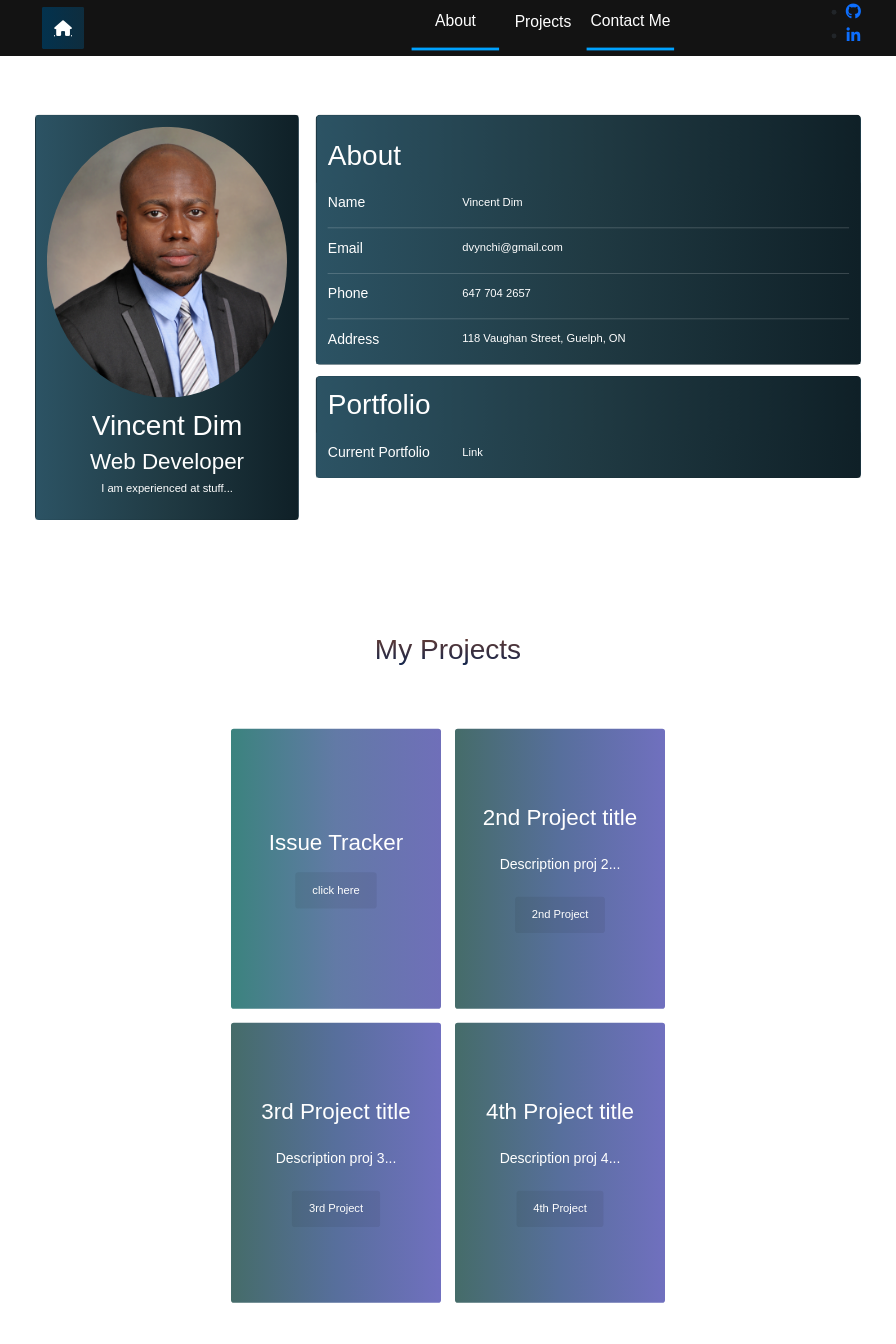
Repository: dvynchi/profile-2022
Page: index.html
The author's editor kept a copy of each file at every save. The page is drawn from the files as they stood at one save, then again after the next save.
The browser window is 1280 px wide. The pictures show the part of the page from y = 0 to 1920 px (the page is 2663 px tall), at 70% of full size.
Some web libraries are served in a nearby version.

Above is the page before, as saved 2022-08-23 12:57:10.

### index.html
<!DOCTYPE html>
<html lang="en">
<head>
    <meta charset="UTF-8">
    <meta http-equiv="X-UA-Compatible" content="IE=edge">
    <meta name="viewport" content="width=device-width, initial-scale=1.0">
    <title>Vincent Dim</title>
    <!-- embed remote icon library -->
    <script src="https://kit.fontawesome.com/f634dfbd28.js" crossorigin="anonymous"></script>
    <link rel="stylesheet" href="styles.css">
    <!-- embed remote style sheet - bootstrap -->
    <link rel="stylesheet" href="https://cdn.jsdelivr.net/npm/bootstrap@5.2.0/dist/css/bootstrap.min.css" rel="stylesheet" integrity="sha384-gH2yIJqKdNHPEq0n4Mqa/HGKIhSkIHeL5AyhkYV8i59U5AR6csBvApHHNl/vI1Bx" crossorigin="anonymous">
</head>

<body>

    <!-- Navbar Section -->

    <nav class="nav">
        <div class="navbar_container">
            <a href="#about" id="navbar_logo"><i class="fa fa-home fa" aria-hidden="true"></i></a>  <!--<a> is used to create hyperlink named color-->

                <!--create hamburger menu (3 bars)-->
            <div class="navbar_toggle" id="mobile-menu">
                <span class="bar"></span>
                <span class="bar"></span>
                <span class="bar"></span>
            </div>

            <!--CREATE NAV MENU-->
            <ul class="navbar_menu">
                <li class="navbar_item">
                    <a href="#about" class="navbar_links" id="about-page">About</a>
                </li>
                <li class="navbar_item">
                    <a href="#projects" class="navbar_links" id="projects-page">Projects</a>
                </li>
                <li class="navbar_item">
                    <a href="#contact" class="navbar_links" id="contact-page">Contact Me</a>
                </li>
            </ul>

            <!-- GitHub and Linkedin -->
            <ul class="icons">
                <li><a href="https://github.com/dvynchi/" class="github-icon"><span class="fa-brands fa-github"></span></a></li>
                <li><a href="https://www.linkedin.com/in/vincentdim/" class="linkedin-icon"><span class="fa-brands fa-linkedin-in"></span></a></li>
            </ul>
        </div>
    </nav>

    <!-- ABOUT and SIDEBAR -->
    <div class="main" id="about">
        <div class="main_container">
             <!-- SIDE BAR SECTION -->
             <div class="row">
                <div class="col-md-4 mt-1">
                    <div class="card text-center sidebar">
                        <div class="card-body">
                            <img src="./images/profile-pic-crop.png" class="rounded-circle" width="315" alt="profile picture">
                            <div class="mt-3">
                                <h3>Vincent Dim</h3>
                                <h2>Web Developer</h2>
                                <p>I am experienced at stuff...</p>
                            </div>
                        </div>
                    </div>
                </div>
                <!-- ABOUT SECTION -->
                <div class="col-md-8 mt-1">
                    <div class="card mb-3 content">
                        <h1 class="m-3 pt-3">About</h1>
                        <div class="card-body">
                            <div class="row">
                                <div class="col-md-3"><h5>Name</h5></div>
                                <div class="col-md-9"> Vincent Dim </div>
                            </div>
                            <hr> <!-- line break -->

                            <div class="row">
                                <div class="col-md-3"><h5>Email</h5></div>
                                <div class="col-md-9"> dvynchi@gmail.com</div>
                            </div>
                            <hr> <!-- line break -->

                            <div class="row">
                                <div class="col-md-3"><h5>Phone</h5></div>
                                <div class="col-md-9">647 704 2657</div>
                            </div>
                            <hr> <!-- line break -->

                            <div class="row">
                                <div class="col-md-3"><h5>Address</h5></div>
                                <div class="col-md-9">118 Vaughan Street, Guelph, ON</div>
                            </div>
                        </div>
                    </div>

                    <div class="card mb-3 content">
                        <h1 class="m-3">Portfolio</h1>
                        <div class="card-body">
                            <div class="row">
                                <div class="col-md-3">
                                    <h5>Current Portfolio</h5>
                                </div>
                                <div class="col-md-9">
                                    Link
                                </div>
                            </div>
                        </div>
                    </div>
                </div>
            </div>
        </div>
    </div>


    <!-- PROJECTS SECTION (use image tag in place of p to insert an image)-->

    <div class="projects" id="projects">
        <h1>My Projects</h1>
        <div class="projects_wrapper">

            <div class="projects_card">
                <h2>Issue Tracker</h2>
                <!-- <p>Description proj 1...</p> -->
                <div class="projects_btn"><button onclick="location.href='https://dvynchi.github.io/issue-tracker/'" type="button">click here</button></div>
            </div>
            <!-- ------------------------- -->
            <div class="projects_card">
                <h2>2nd Project title</h2>
                <p>Description proj 2...</p>
                <div class="projects_btn"><button>2nd Project</button></div>
            </div>
            <!-- ------------------------- -->
            <div class="projects_card">
                <h2>3rd Project title</h2>
                <p>Description proj 3...</p>
                <div class="projects_btn"><button>3rd Project</button></div>
            </div>
            <!-- ------------------------- -->
            <div class="projects_card">
                <h2>4th Project title</h2>
                <p>Description proj 4...</p>
                <div class="projects_btn"><button>4th Project</button></div>
            </div>
        </div>
    </div>

    <!-- CONTACT SECTION (use image tag in place of p to insert an image)-->

    <div class="main" id="contact">
        <div class="main_container">
            <div class="main_content">
                <div class="container mt-5">
                    <h1>Contact Me</h1>
                    <!-- ----------- start grid (divide one row into cols) ----------->
                    <!-- ----------- Max container width is 12 ----------->
                    <!-- ----------- cols 1 + 2 = 100% , cols 3 + 4 = 100% ------->
                    <!-- ----------- 'required' ensures field must be filled --------->
                    <form class="row g-3" action="https://formsubmit.co/dvynchi@gmail.com" method="POST">

                        <!-- Honeypot -->
                        <input type="text" name="_honey" style="display: none">
                        <!-- Success Page -->
                        <input type="hidden" name="_next" value="https://dvynchi.github.io/profile-2022/success.html">

                        <!-----------col1--medium column of 50% (ie: 6/12)--------->
                        <div class="col-md-6">
                            <label for="firstName" class="form-label">First Name</label>
                            <input type="text" class="form-control"  name="name" id="firstName" required>
                        </div>
                        <!---------------------col2 (ie: 6/12) ------------------------------>
                        <div class="col-md-6">
                            <label for="lastName" class="form-label">Last Name</label>
                            <input type="text" class="form-control" name="Last Name" id="lastName" required>
                        </div>
                        <!-- ---------------------- col3 wider (8/12) ----------------->
                        <div class="col-md-8">
                            <label for="emailInfo" class="form-label">Email</label>
                            <input type="email" class="form-control" name="email" id="emailInfo" required>
                        </div>
                        <!-- ---------------------- col4 wider (4/12) ----------------->
                        <div class="col-md-4">
                            <label for="phoneNumber" class="form-label">Phone</label>
                            <input type="text" class="form-control" name="phone" id="phoneNumber" placeholder="+1 (519) 123-4567">
                        </div>
                        <!-- -------- comments box is full width of the container ------>
                        <div class="col-md-12">
                            <label for="message" class="form-label">Message</label>
                            <textarea class="form-control" id="message" name="message" rows="3" required></textarea>
                        </div>
                        <!-- -------- Button ------>
                        <div class="col-md-12">
                            <!-- <button class="submit" id="btn btn-primary">Submit</button> -->
                            <!-- Had to use <a> so hover effect won't cover text. BUT THE FORM DOESN'T CLEAR-->
                            <button class="submit" id="btn btn-primary"><a> Submit</a></button>
                        </div>

                    </form>
                </div>
            </div>
        </div>
    </div>


    <!-- link app.js -->
    <!-- script tag is used to embed javascript-->
    <script src="app.js"></script>
</body>
</html>

### styles.css
* {
    box-sizing: border-box;
    margin: 0;
    padding: 0;
    font-family: 'Kumbh Sans', sans-serif;
    scroll-behavior: smooth;
}


/******************************************* NAV SECTION ***********************************************/
.nav {
    background: #131313;   /* Hex code */
    height: 80px;
    display: flex;
    justify-content: center;
    align-items: center;
    font-size: 1.4rem;        /* 1.4 * 16px */
    position: sticky;
    top: 0;
    z-index: 999;             /* so navbar is always on top when scrolling */
}

.navbar_container {
    display: flex;
    justify-content: space-between;
    text-align: center;
    height: 80px;
    z-index: 1;
    width: 100%;
    max-width: 1300px;
    margin: 0 auto ;           /* (top and bottom) (left and right) */
    padding: 0 50px;
}


/* id(#) is used to style only one element on the webpage */
/* class(.) is used to style multiple elements */


/* I added an icon as opposed to text */

#navbar_logo {
    margin: 10px;
    height: 60px;
    width: 60px;
    border-radius: 2px;
    display: flex;
    flex-direction: column;
    justify-content: center;
    color: #fff;
    background-image: linear-gradient(to right, #03324e 0%, #0e2d3e 100%);
}

.navbar_menu {
    display: flex;
    align-items: center;
    list-style: none;
}

.navbar_item {
    height: 80px;
}

.navbar_links {
    color: #fff;
    display: flex;
    align-items: center;
    justify-content: center;
    width: 125px;
    text-decoration: none;
    height: 100%;
    transition: all 0.3s ease;
}

/*Home icon properties*/
.navbar_btn {
    display: flex;
    justify-content: center;
    align-items: center;
    padding: 0 1rem;                         /* top bottom, left right */
    width: 100%;
}

/* nav links glow upon hover */
.navbar_links:hover {
    color:#1176b9;
    transition: all 0.3s ease;
}

/* RESPONSIVENESS */
/* site adjusts width of display */
/* If [device width] is less than or equal to max-width do {..} */

@media screen and (max-width: 960px) {
    .navbar_container {
        display: flex;
        justify-content: space-between;
        height: 80px;
        z-index: 1;
        width: 100%;
        max-width: 1300px;
        padding: 0;
    }

    /* DROPDOWN PROPERTIES */
    .navbar_menu {
        display: grid;
        grid-template-columns: auto;
        margin: 0;
        width: 100%;
        position: absolute;
        top: -1000px;               /* Prevents navbar from clustering together if page is below max-width. Must be used with position absolute */
        opacity: 1;
        transition: all 0.5s ease;
        z-index: -1;
    }

    .navbar_menu.active {
        background: #131313;
        top: 100%;
        opacity: 1;
        transition: all 0.5s ease;
        z-index: 99;
        height: 40vh;
        font-size: 1.6rem;
    }

    #navbar_logo {
        padding-left: 1px;       /* home button - originally 25px */
    }

    /* HAMBURGER SECTION */

    .navbar_toggle .bar {
        width: 25px;
        height: 3px;
        margin: 5px auto;
        transition: all 0.3s ease-in-out;
        background: #fff;
    }

    .navbar_item {
        width: 100%;
    }

    .navbar_links {
        text-align: center;
        padding: 2rem;
        width: 100%;
        display: table;
    }

    .navbar_btn  {
        padding-bottom: 2rem;
    }

    /* HAMBURGER */

    #mobile-menu  {
        position: absolute;
        top: 20%;
        right: 5%;
        transform: translate(5%, 20%);
    }

    .navbar_toggle .bar {
        display: block;
        cursor: pointer;
    }

    /* hamburger menu animation (see app.js) */
    /* hamburger menu id was defined as 'mobile-menu' in index.html */
    /* rotate bars 1,3; but hide bar 2 */

    #mobile-menu.is-active .bar:nth-child(2)  {
        opacity: 0;
    }
    #mobile-menu.is-active .bar:nth-child(1) {
        transform: translateY(8px) rotate(45deg);
    }
    #mobile-menu.is-active .bar:nth-child(3) {
        transform: translateY(-8px) rotate(-45deg);
    }

}


/* SCROLL ATTRIBUTE - line under nav links*/
.highlight {
    border-bottom: 4px solid rgb(0, 162, 255);
}


/******************************************* SIDEBAR ***********************************************/

.card-body {
    background: #0F2027;
    background: -webkit-linear-gradient(to right, #2C5364, #203A43, #0F2027);
    background: linear-gradient(to right, #2C5364, #203A43, #0F2027);
    height: 100%;
}

.card-body h2, .card-body h3, .card-body p {
    color: #fff;
}

/******************************************* ABOUT SECTION ***********************************************/

.main {
    background-color:  white;
    padding: 5rem 0;                        /* was 10rem, but too much space */
}

.main_container {
    display: grid;
    grid-template-columns: 1fr;      /*original was 1fr 1fr - split into two halves but not enough space */
    align-items: center;
    justify-content: center;
    margin: 0 auto;
    height: 90%;
    z-index: 1;
    width: 100%;
    max-width: 1300px;
    padding: 0 50px;
}

.main_container h3 {
    font-size: 2.5rem;
}

.row {
    color: #fff;
}

.card {
    background: -webkit-linear-gradient(to right, #2C5364, #203A43, #0F2027);
    background: linear-gradient(to right, #2C5364, #203A43, #0F2027);
}


/* Mobile Responsiveness for Sidebar, About and Contact Sections */

@media screen and (max-width: 1300px) {
    main_container
    {
        display: grid;
        grid-template-columns: 1fr;
        align-items: center;
        justify-content: center;
        width: 100%;
        margin: 0 auto;
        height: 90%;
    }

    .main_content  {
        text-align: center;
        margin-bottom: 4rem;
    }

    .main_content h1  {
        font-size: 2.5rem;
        margin-top: 2rem;
    }

    .main_content h2  {
        font-size: 2.5rem;
    }

    .main_content p  {
        font-size: 1rem;
        margin-top: 1.5rem;
    }

    .row img {                                       /* center image with screen change */
        display: grid;
        grid-template-columns: 1fr;
        align-items: center;
        justify-content: center;
        width: 100%;
        margin: 0 auto;
        height: 90%;

    }
}


/******************************************* PROJECTS SECTION ***********************************************/

.projects {
    background: white;
    display: flex;
    flex-direction: column;
    justify-content: center;
    align-items: center;
    height: 100%;
    padding: 5rem 0;                                 /* was 10rem, but too much space */
  }

.projects h1 {
    background-color: #6325a1;
    background-image: linear-gradient(to top, #10234c 0%, #724030 100%);
    background-size: 100%;
    -webkit-background-clip: text;
    -moz-background-clip: text;
    -webkit-text-fill-color: transparent;
    -moz-text-fill-color: transparent;
    margin-bottom: 5rem;
    font-size: 2.5rem;
}

.projects_wrapper {
    display: grid;
    grid-template-columns: 1fr 1fr;     /* add more per new project */
    grid-template-rows: 1fr;
}

/* Add color to each project card */

.projects_card {
    margin: 10px;
    height: 400px;
    width: 300px;
    border-radius: 4px;
    display: flex;
    flex-direction: column;
    justify-content: center;
    color: #fff;
    background-image: linear-gradient(to right,#3b837e, #627aa6, #6f6fb9);
    transition: 0.3s ease-in;
}

.projects_card:nth-child(2) {
    background: #7F7FD5;  /* fallback for old browsers */
    background: -webkit-linear-gradient(to right, #3b837e, #627aa6, #6f6fb9);
    background: linear-gradient(to right, #456c69, #576f9c, #7070bf);
}

.projects_card:nth-child(3) {
    background: #7F7FD5;  /* fallback for old browsers */
    background: -webkit-linear-gradient(to right, #3b837e, #627aa6, #6f6fb9);
    background: linear-gradient(to right, #456c69, #576f9c, #7070bf);
}

.projects_card:nth-child(4) {
    background: #7F7FD5;
    background: -webkit-linear-gradient(to right, #3b837e, #627aa6, #6f6fb9);
    background: linear-gradient(to right, #456c69, #576f9c, #7070bf);
}

.projects_card:nth-child(5) {
    background: #7F7FD5;
    background: -webkit-linear-gradient(to right, #3b837e, #627aa6, #6f6fb9);
    background: linear-gradient(to right, #456c69, #576f9c, #7070bf);
}

.projects_card:nth-child(6) {
    background: #7F7FD5;
    background: -webkit-linear-gradient(to right, #3b837e, #627aa6, #6f6fb9);
    background: linear-gradient(to right, #456c69, #576f9c, #7070bf);
}

.projects_card h2 {
    text-align: center;
}

.projects_card h3 {
    text-align: center;
}

.projects_card p {
    text-align: center;
    margin-top: 24px;
    font-size: 20px;
}

.projects_btn {
    display: flex;
    justify-content: center;
    margin-top: 16px;
}

/* button properties and animation. The entire card is the button */

.projects_card button {
    color: #fff;
    padding: 14px 24px;
    border: none;
    outline: none;
    border-radius: 4px;
    background: #13131313;
    font-size: 1rem;
}

.projects_card button:hover {
    cursor: pointer;
}

.projects_card:hover {
    transform: scale(1.075);
    transition: 0.3s ease-in;
    cursor: pointer;
}

/* split cards into grid at specified browser width */

@media screen and (max-width: 1300px) {
    .projects_wrapper {
        grid-template-columns: 1fr 1fr;
    }
}

@media screen and (max-width: 768px) {
    .projects_wrapper {
        grid-template-columns: 1fr;
    }
}

/******************************************* CONTACT SECTION ***********************************************/


.main_content {
    text-align: center;
    margin-bottom: 4rem;
}

.main_content h1 {
    font-size: 2.5rem;
    margin-top: 2rem;
}

.main_content h2 {
    font-size: 2.5rem;
}

.main_content p {
    font-size: 1rem;
    margin-top: 1.5rem;
}


.submit {
    font-size: 1.5rem;
    background: #7F7FD5;
    background: -webkit-linear-gradient(to right, #3b837e, #627aa6, #6f6fb9);
    background: linear-gradient(to right, #456c69, #576f9c, #7070bf);
    padding: 5px 15px;
    border: none;
    outline: none;
    border-radius: 4px;
    margin-top: 2rem;
    cursor: pointer;
    position: relative;
    color: rgb(234, 216, 216);
    transition: all 0.3s ease;
    outline: none;
}

.submit a {
    position: relative;
    z-index: 2;
    color: #fff;
    text-decoration: none;
}

/* hover effect for button */
.submit::after {
    position: absolute;
    content: '';
    top: 0;
    left: 0;
    width: 0;
    height: 100%;
    background: #740274;
    transition: all 0.35s;
    border-radius: 4px;
}

.submit:hover {
    color: rgb(255, 255, 255);
}

.submit:hover:after {
    width: 100%;
}

/* ePortfolio button */

.btn {
    font-size: 10rem;
    background: #7F7FD5;
    background: -webkit-linear-gradient(to right, #75cec8, #91acdc, #8c8cdb);
    background: linear-gradient(to right, #77b3ae, #738fc3, #9393df);
    padding: 5px 15px;
    border: none;
    outline: none;
    border-radius: 4px;
    cursor: pointer;
    position: relative;
    color: rgb(234, 216, 216);
    transition: all 0.3s ease-in;
}

### app.js
const ham = document.querySelector('#mobile-menu');
const hamLinks = document.querySelector('.navbar_menu');
// const navLogo = document.querySelector('#navbar_logo')

/* display mobile menu using arrow function */
/* toggle the "is-active" class made in css */

const mobileMenu = () =>
{
    ham.classList.toggle('is-active');
    hamLinks.classList.toggle('active');
};

/* Run hamMenu function upon click */
ham.addEventListener('click', mobileMenu);




/************************************* Unnecessary ****************************************************** */


/* Show active menu when scrolling - Auto switch navbar when scrolling */

const highlightMenu = () =>
{
    const elem = document.querySelector('.highlight')
    const aboutMenu = document.querySelector('#about-page')
    const projectsMenu = document.querySelector('#projects-page')
    const contactMenu = document.querySelector('#contact-page')

    let scrollPos = window.scrollY

      //   Add highlights class to menu items [desktop view only i.e 960px]
      //   Every 600px while scrolling, the tabs auto switch to the corresponding page
    if (window.innerWidth > 960 && scrollPos < 600)
    {
        aboutMenu.classList.add('highlight')
        projectsMenu.classList.remove('highlight')
        return;
    }
    else if (window.innerWidth > 960 && scrollPos < 1400)
    {
        projectsMenu.classList.add('highlight')
        aboutMenu.classList.remove('highlight')
        contactMenu.classList.remove('highlight')
        return;
    }
    else if (window.innerWidth > 960 && scrollPos < 2345)
    {
        contactMenu.classList.add('highlight')
        projectsMenu.classList.remove('highlight')
        return;
    }

    if ((elem && window.innerWidth < 960 && scrollPos < 600) || elem)
    {
        elem.classList.remove('highlight')
    }

}

// call highlightMenu
window.addEventListener('scroll', highlightMenu);
window.addEventListener('click', highlightMenu);

After the next save:
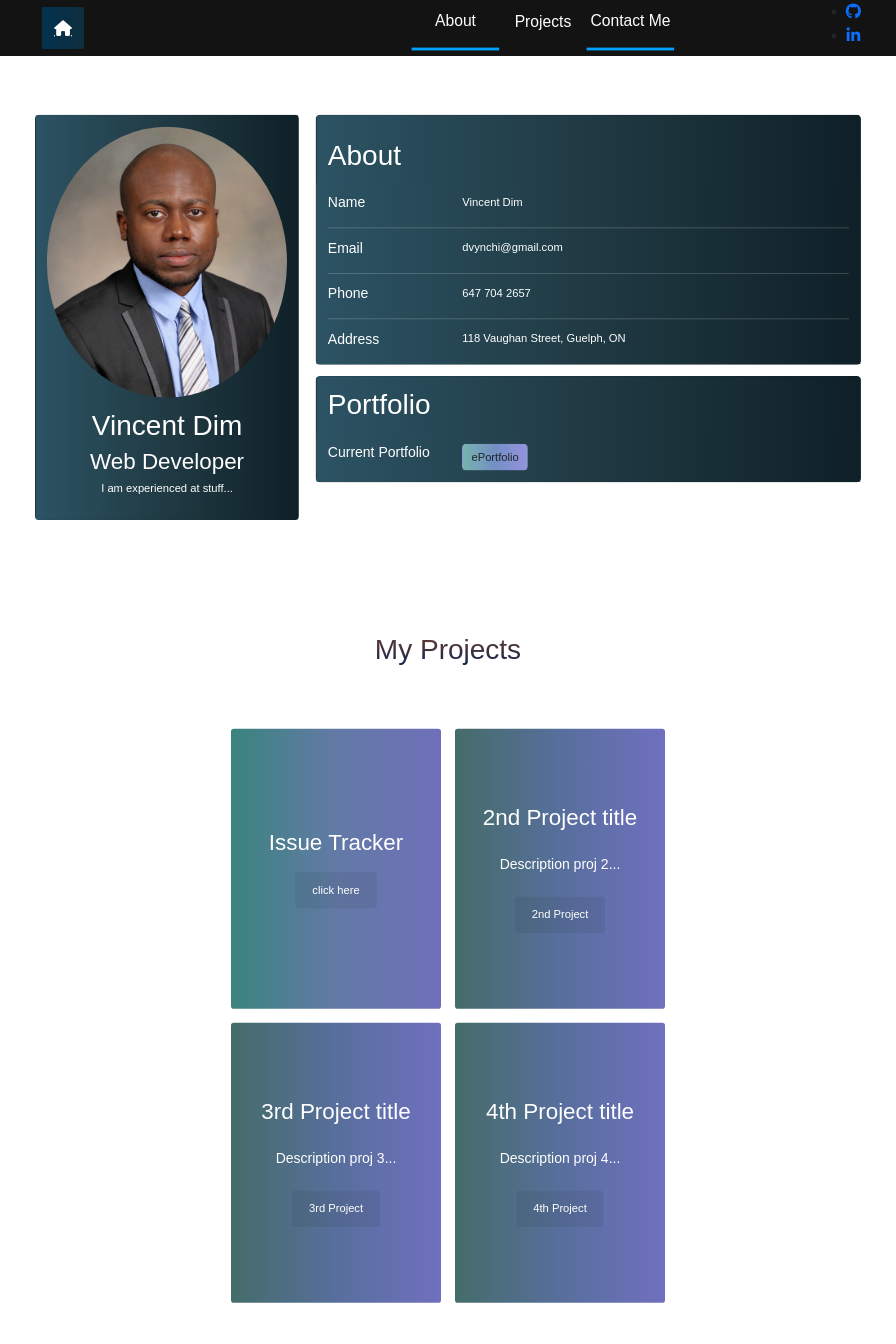
Saved 27 s later.
--- a/index.html
+++ b/index.html
@@ -103,7 +103,7 @@
                                     <h5>Current Portfolio</h5>
                                 </div>
                                 <div class="col-md-9">
-                                    Link
+                                    <a class="btn" href="https://drive.google.com/file/d/1sKFhM-arx19VCDvBgE4qauaddv_2z7kX/view?usp=sharing" role="button">ePortfolio</a>
                                 </div>
                             </div>
                         </div>
